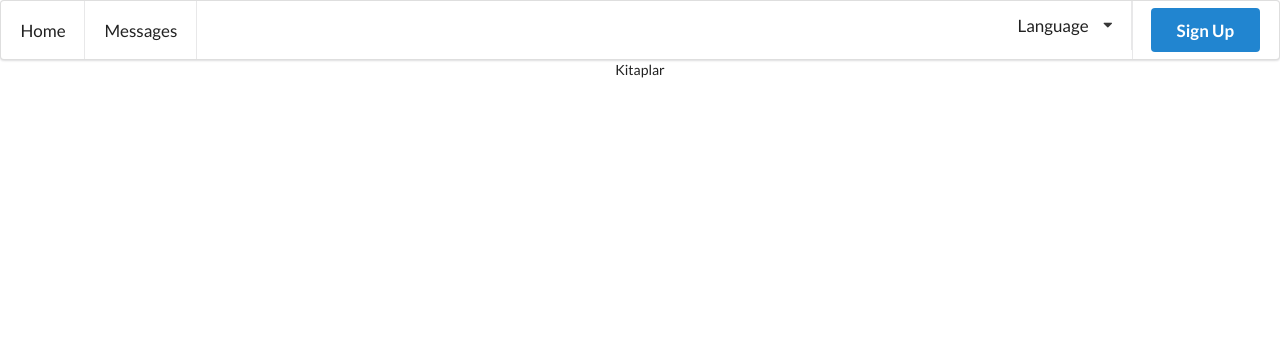
Repository: rizacantire/libraryReact
Page: /
An editor plug-in stored every save of this project. The page is shown before and after the next save, followed by the edit.
The browser window is 1280 px wide. The pictures show the whole page.
The project was rebuilt for these pictures with package versions that can differ from the ones it lists, and the page was loaded fresh each time.

Above is the page before, as saved 2021-08-09 01:12:27.

After the next save:
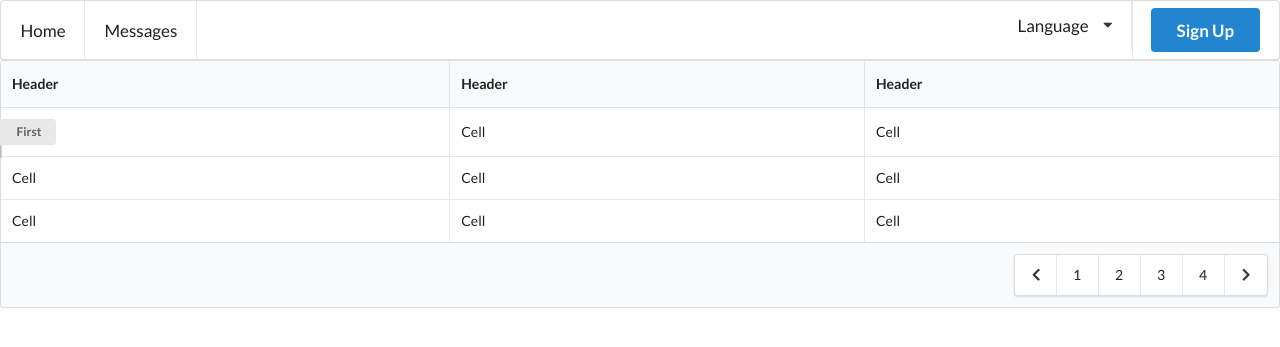
Saved 14 s later.
--- a/src/layouts/Book.jsx
+++ b/src/layouts/Book.jsx
@@ -1,9 +1,10 @@
 import React from 'react'
+import BookList from '../pages/BookList'
 
 export default function Book() {
     return (
         <div>
-            Kitaplar
+            <BookList/>
         </div>
     )
 }
